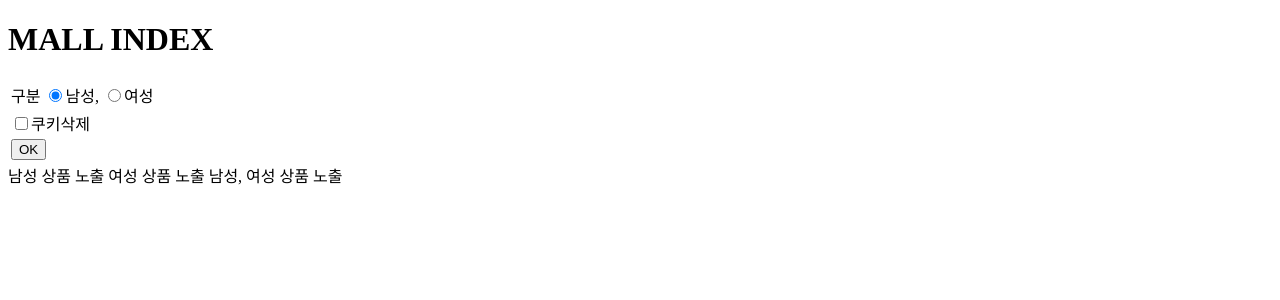
Repository: ksj2001/SpringBasic2024
Page: http://localhost/cookie/
An editor plug-in stored every save of this project. The page is shown before and after the next save, followed by the edit.
The browser window is 1280 px wide. The pictures show the whole page.
The page is served by Tomcat 9. Other server files are loaded and not shown.

Above is the page before, as saved 2024-07-05 03:49:44.

### cookie/src/main/webapp/WEB-INF/views/mall/main.jsp
<%@ page language="java" contentType="text/html; charset=UTF-8"
    pageEncoding="UTF-8"%>
<!DOCTYPE html>
<html>
<head>
<meta charset="UTF-8">
<title>Insert title here</title>
</head>
<body>
	<h1>MALL INDEX</h1>
	<form action="/cookie/mall/main" method="get">
		<table>
		<tr>
			<td>구분</td>
			<td>
				<input type="radio" value="M" name="gender" checked>남성,
				<input type="radio" value="W" name="gender">여성
			</td>
		</tr>
		<tr>
			<td colspan="2"><input type="checkbox" name="cookieDel">쿠키삭제</td>
		</tr>
		<tr>
			<td colspan="2"><input type="submit" value="OK"></td>
		</tr>
	</table>
	</form>

	<c:choose>
		<c:when test="${gender == 'M'}">
			남성 상품 노출
		</c:when>
		<c:when test="${gender == 'W'}">
			여성 상품 노출
		</c:when>
		<c:otherwise>
			남성, 여성 상품 노출
		</c:otherwise>
	</c:choose>
</body>
</html>

After the next save:
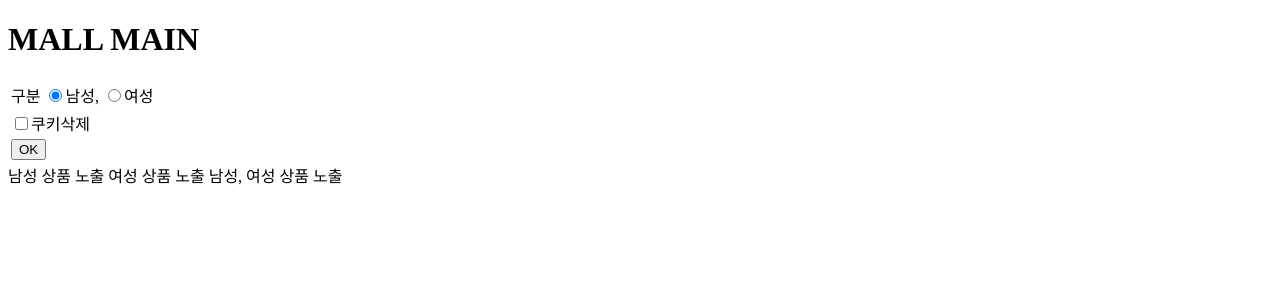
Saved 45 s later.
--- a/cookie/src/main/webapp/WEB-INF/views/mall/main.jsp
+++ b/cookie/src/main/webapp/WEB-INF/views/mall/main.jsp
@@ -7,8 +7,8 @@
 <title>Insert title here</title>
 </head>
 <body>
-	<h1>MALL INDEX</h1>
-	<form action="/cookie/mall/main" method="get">
+	<h1>MALL MAIN</h1>
+	<form action="/cookie/mall/index" method="get">
 		<table>
 		<tr>
 			<td>구분</td>
